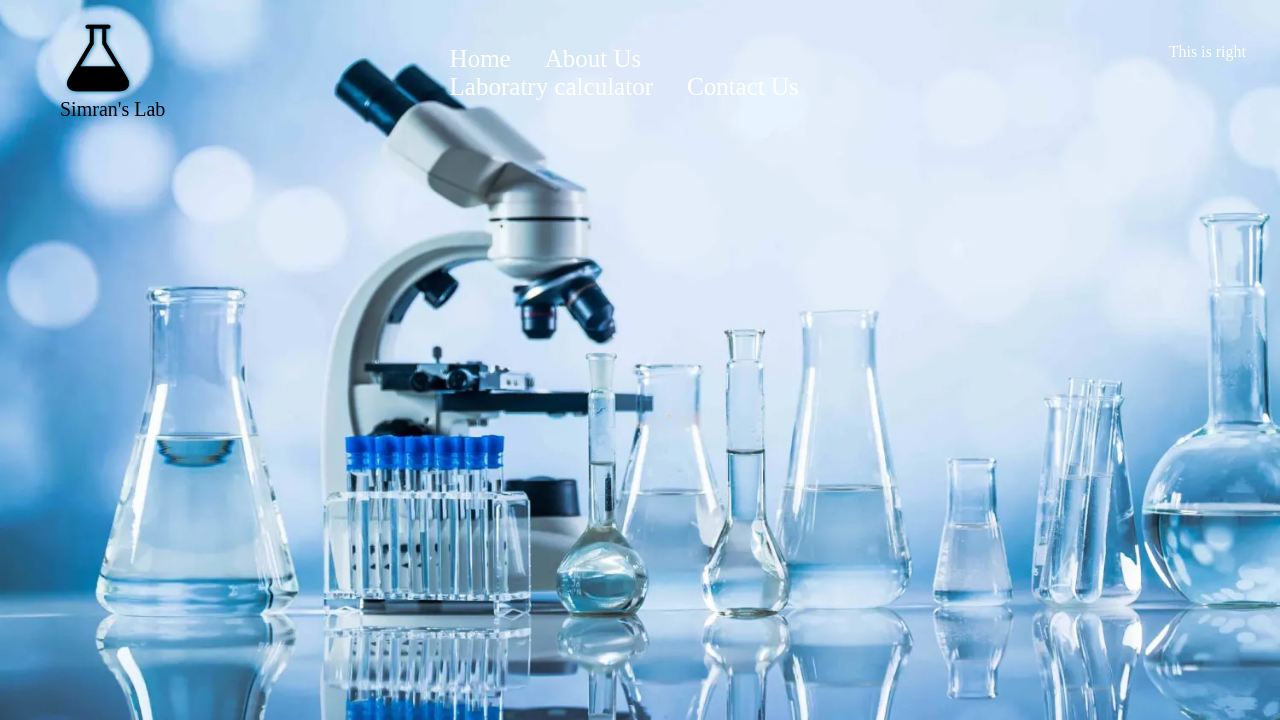
Repository: raisingh22/Simranlearning
Page: html css java/website/index.html
An editor plug-in stored every save of this project. The page is shown before and after the next save, followed by the edit.
The browser window is 1280 px wide. The pictures show the whole page.

Above is the page before, as saved 2024-01-01 18:35:59.

### html css java/website/index.html
<!DOCTYPE html>
<html lang="en">
<head>
    <meta charset="UTF-8">
    <meta name="viewport" content="width=device-width, initial-scale=1.0">
    <title>Simran's Lab</title>
</head>
<link rel="stylesheet" href="css/style.css">
<style>
    body {
        /* font-family: Impact, Haettenschweiler, 'Arial Narrow Bold', sans-serif; */
        color : white;
        padding: 0px;
        margin: 0px;
        background: url('img/bg2.webp');
        background-size:     cover;
        background-repeat:   no-repeat;
        }
    .left {
        display: inline-block;
        position: absolute;
        left: 60px;
        top: 20px;
        /* background-color: rgba(250, 235, 215, 0.943); */
        /* border: 2px solid #dad5d573; */
    }
    .left img{
        width: 76px;
        /* box-shadow: 10px 10px 20px rgb(167, 39, 39); */
        filter: drop-shadow(1px 1px 2px rgb(29, 144, 197));
        /* filter: invert(100%); */
    }
    .left div {
        line-height: 19px;
        font-size: 20px;
        color: black;
        text-align: center;
    }
    .mid{
        display: block;
        width: 36%;
        margin: 29px auto;
        /* border: 2px solid #427e56; */
        /* background-color: #b7b1b164; */
    }
    .right {
        position: absolute;
        right: 34px;
        top: 43px;
        display: inline-block;
        /* border: 2px solid #f058ed; */

    }
    .navbar{
        display: inline-block;
        /* padding: 0px 25px; */
    }
    .navbar li{
        display: inline-block;
        font-size: 25px;
        margin-right: 30px;
        /* border: 1px solid rgb(214, 161, 161); */
    }
    .navbar li a{
        color: white;
        text-decoration: none;
        /* padding: 5px 10px; */
        /* margin: ; */
        /* background-color: rgba(0, 0, 0, 0.607); */
    }
    .navbar li a:hover, .navbar li a.active{
        text-decoration: underline;
        color: grey;
    }

</style>
<body>
    <header class="header">
        <div class="left">
            <img src="img/logo2.png" alt="">
            <div>Simran's Lab</div>
        </div>
        <div class="mid">
            <ul class="navbar">
                <li><a href="#">Home</a></li>
                <li><a href="#">About Us</a></li>
                <li><a href="#">Laboratry calculator</a></li>
                <li><a href="#">Contact Us</a></li>
            </ul>

        </div>
        <div class="right">
            This is right

        </div>
    </header>

</body>
</html>

Loaded but not shown: html css java/website/css/style.css (no stored copy; drawn as an empty file)

After the next save:
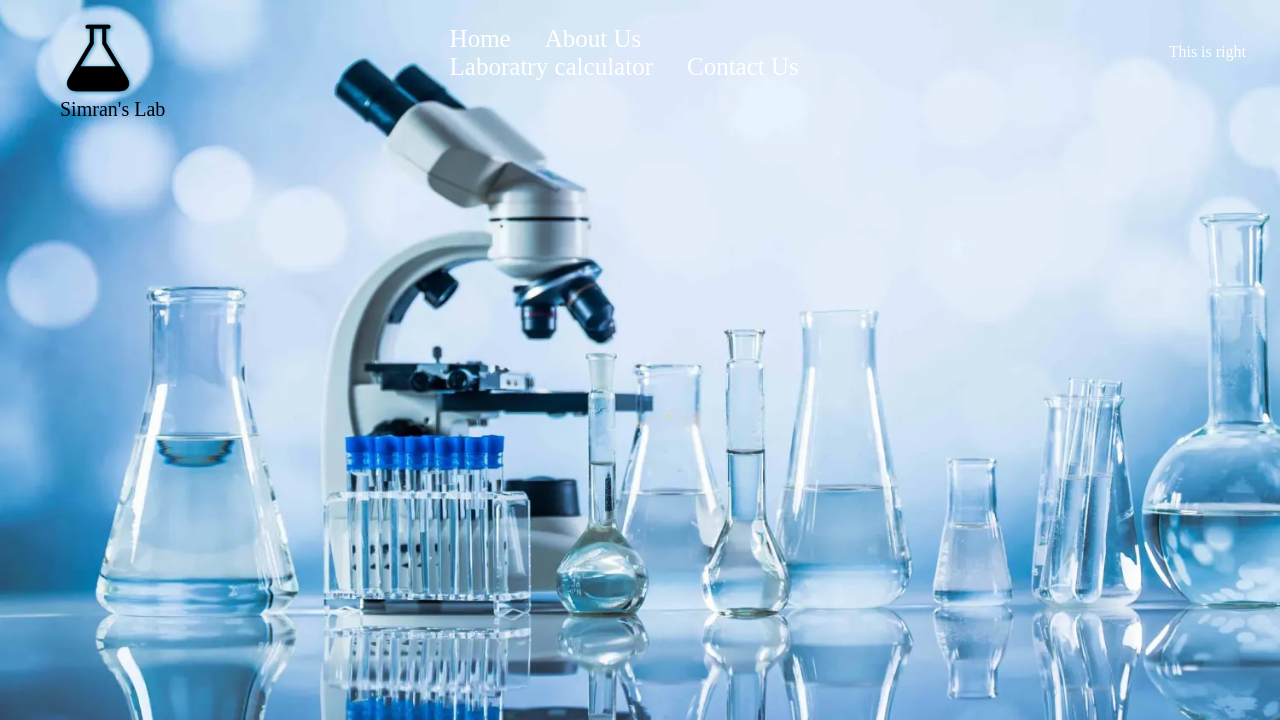
Saved 42 s later.
--- a/html css java/website/index.html
+++ b/html css java/website/index.html
@@ -39,7 +39,7 @@
     .mid{
         display: block;
         width: 36%;
-        margin: 29px auto;
+        margin: 9px auto;
         /* border: 2px solid #427e56; */
         /* background-color: #b7b1b164; */
     }

After the save that followed:
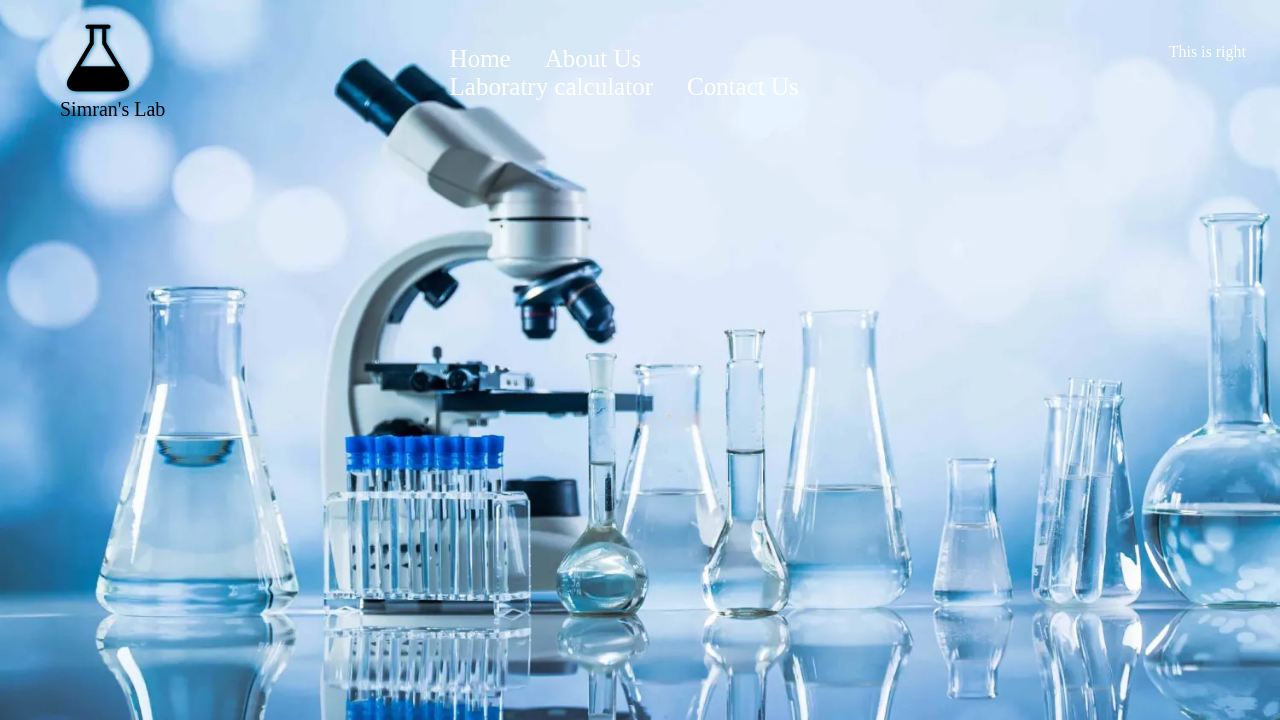
Saved 5 s later.
--- a/html css java/website/index.html
+++ b/html css java/website/index.html
@@ -39,7 +39,7 @@
     .mid{
         display: block;
         width: 36%;
-        margin: 9px auto;
+        margin: 29px auto;
         /* border: 2px solid #427e56; */
         /* background-color: #b7b1b164; */
     }
